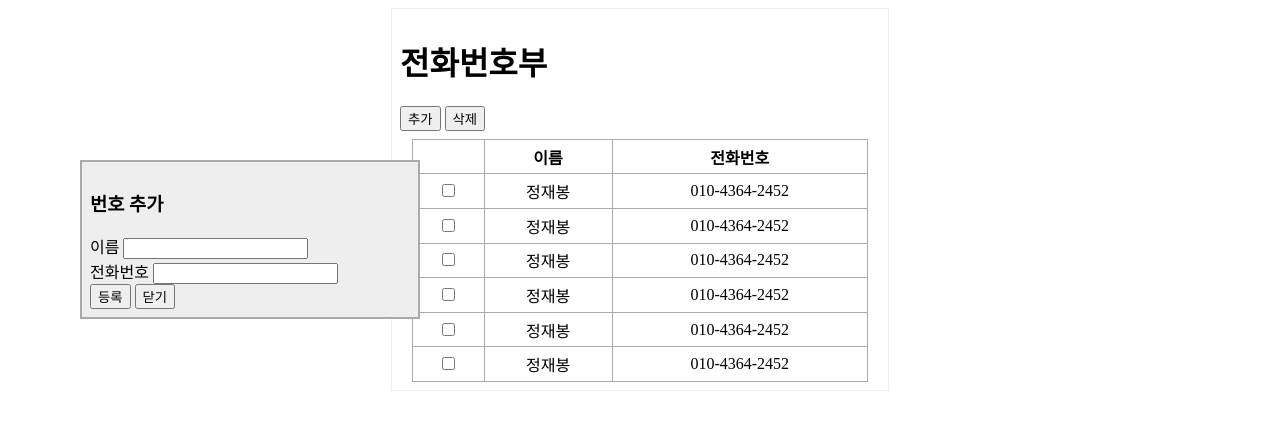
Repository: limjh0513/DGSW_JAVA
Page: 2학기/JAVA_WEB/web/src/main/webapp/phoneBook/phoneBook.html
These files come from the project's save history. The page is drawn as it stood at one moment and after the next save; the edit follows.
The browser window is 1280 px wide. The pictures show the whole page.

Above is the page before, as saved 2021-11-03 02:54:25.

### 2학기/JAVA_WEB/web/src/main/webapp/phoneBook/phoneBook.html
<!DOCTYPE html>
<html>
<head>
<meta charset="EUC-KR">
<title>전화번호부</title>
<link rel="stylesheet" href="css/phoneBook.css" />
</head>
<body>
	<div class="main">
		<h1>전화번호부</h1>
		<div class="btn">
			<button id="btn_register">추가</button>
			<button id="btn_delete">삭제</button>
		</div>

		<table class="list">
			<thead>
				<tr>
					<th></th>
					<th>이름</th>
					<th>전화번호</th>
				</tr>
			</thead>
			<tbody>
				<tr>
					<td><input type="checkbox" /></td>
					<td>정재봉</td>
					<td>010-4364-2452</td>
				</tr>
			<tbody>
				<tr>
					<td><input type="checkbox" /></td>
					<td>정재봉</td>
					<td>010-4364-2452</td>
				</tr>
			<tbody>
				<tr>
					<td><input type="checkbox" /></td>
					<td>정재봉</td>
					<td>010-4364-2452</td>
				</tr>
			<tbody>
				<tr>
					<td><input type="checkbox" /></td>
					<td>정재봉</td>
					<td>010-4364-2452</td>
				</tr>
			<tbody>
				<tr>
					<td><input type="checkbox" /></td>
					<td>정재봉</td>
					<td>010-4364-2452</td>
				</tr>
			<tbody>
				<tr>
					<td><input type="checkbox" /></td>
					<td>정재봉</td>
					<td>010-4364-2452</td>
				</tr>
		</table>
	</div>


	<div class="registerLayer">
		<h3>번호 추가</h3>
		<div>
			<label>이름</label> <input type="text" name="name" />
		</div>
		<div>
			<label>전화번호</label> <input type="text" name="phoenNumber" />
		</div>
		<div style="">
			<input type="button" value="등록" /> <input type="button" value="닫기" />
		</div>
	</div>

</body>

<script src="https://code.jquery.com/jquery-2.2.4.js"
	integrity="sha256-iT6Q9iMJYuQiMWNd9lDyBUStIq/8PuOW33aOqmvFpqI="
	crossorigin="anonymous"></script>
<script src="js/phoneBook.js"></script>
</html>

### 2학기/JAVA_WEB/web/src/main/webapp/phoneBook/css/phoneBook.css
@charset "EUC-KR";

.main {
	width: 30rem;
	border: 1px solid #EEE;
	margin: 0 auto 0 auto;
	padding: 0.5rem;
	position: relative;
}

.btn{
	text-align: rigth;
	padding-right: 3rem;
	margin-bottom: 0.5rem;
}

.list{
	width: 95%;
	margin: 0 auto 0 auto;
	border-collapse: collapse;
}

.list th, td{
	border: 1px solid #AAA;
	padding: 0.3rem;
	text-align: center;
}

.registerLayer{
	width: 20rem;
	margin: 0 auto 0 auto;
	border: 2px solid #AAA;
	position: absolute;
	top: 10rem;
	left: 5rem;
	background-color: #EEE;
	padding: 0.5rem;
}
.registerLayer label{
	display:inline-block;
}

### 2학기/JAVA_WEB/web/src/main/webapp/phoneBook/js/phoneBook.js
$(document).ready(function() {
	initEventHandler();
})

function initEventHandler() {
	$("btn_register").on("click", function(){
		openRegisterPopup();
	});
}

function openRegisterPopup(){
	$(".registerLayer").show();
	$(".registerLayer [name='name']").val("");
	$(".registerLayer [name='phoneNumber']").val("");
}

After the next save:
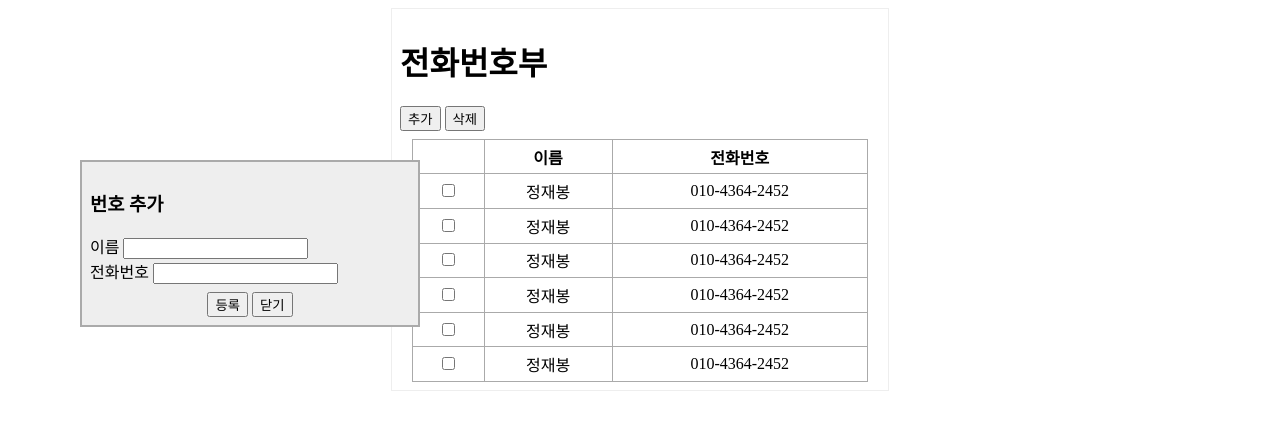
Saved 101 s later.
--- a/2학기/JAVA_WEB/web/src/main/webapp/phoneBook/phoneBook.html
+++ b/2학기/JAVA_WEB/web/src/main/webapp/phoneBook/phoneBook.html
@@ -69,8 +69,8 @@
 		<div>
 			<label>전화번호</label> <input type="text" name="phoenNumber" />
 		</div>
-		<div style="">
-			<input type="button" value="등록" /> <input type="button" value="닫기" />
+		<div style="text-align: center; margin-top: 0.5rem">
+			<input id="btn_save" type="button" value="등록" /> <input id="btn_close" type="button" value="닫기" />
 		</div>
 	</div>
 
